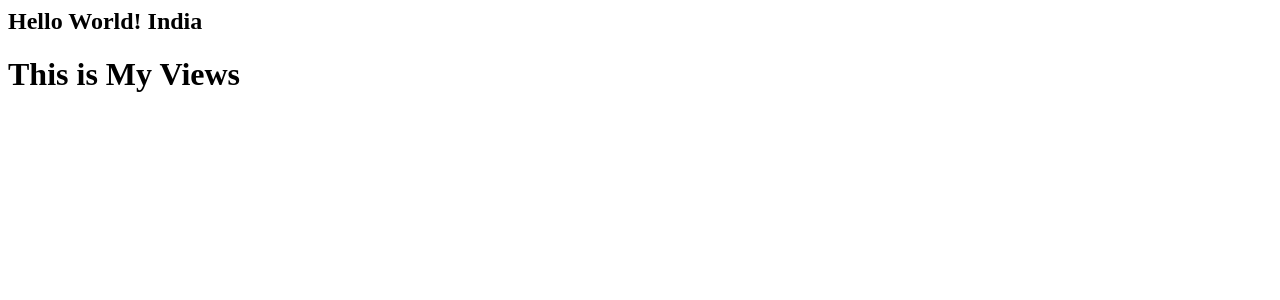
Repository: Himanshu-GitRepo/SpringMVCDurgesh
Page: http://localhost/productcrudapp/
The author's editor kept a copy of each file at every save. The page is drawn from the files as they stood at one save, then again after the next save.
The browser window is 1280 px wide. The pictures show the whole page.
The page is served by Tomcat 9. Other server files are loaded and not shown.

Above is the page before, as saved 2021-11-25 05:23:59.

### productcrudapp/src/main/webapp/index.jsp
<html>
<body>
<h2>Hello World! India</h2>
<h1>This is My Views</h1>
</body>
</html>

After the next save:
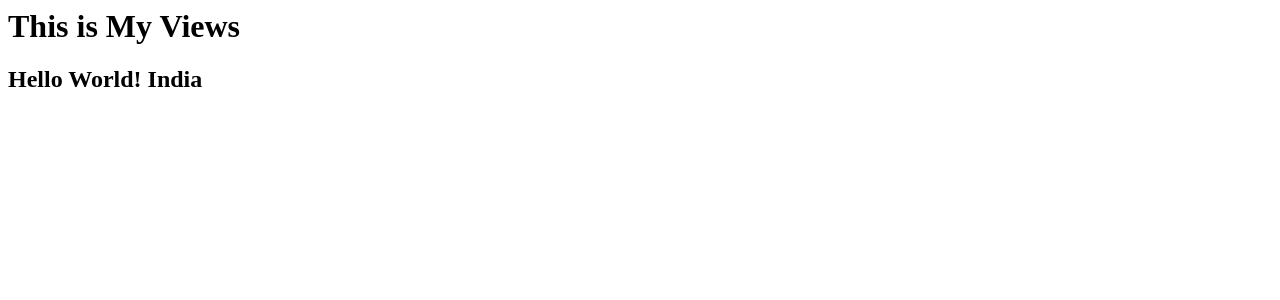
Saved 4 min 7 s later.
--- a/productcrudapp/src/main/webapp/index.jsp
+++ b/productcrudapp/src/main/webapp/index.jsp
@@ -1,6 +1,6 @@
 <html>
 <body>
+<h1>This is My Views</h1>
 <h2>Hello World! India</h2>
-<h1>This is My Views</h1>
 </body>
 </html>
